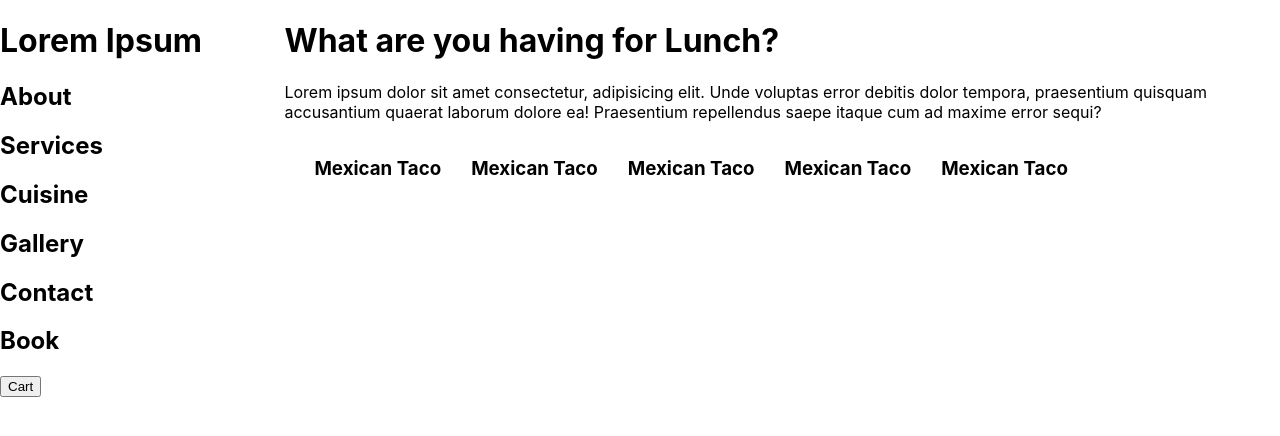
Repository: Marlstergo/assignment2
Page: /
The author's editor kept a copy of each file at every save. The page is drawn from the files as they stood at one save, then again after the next save.
The browser window is 1280 px wide. The pictures show the whole page.
The project was rebuilt for these pictures with package versions that can differ from the ones it lists, and the page was loaded fresh each time.

Above is the page before, as saved 2021-07-27 01:49:25.

After the next save:
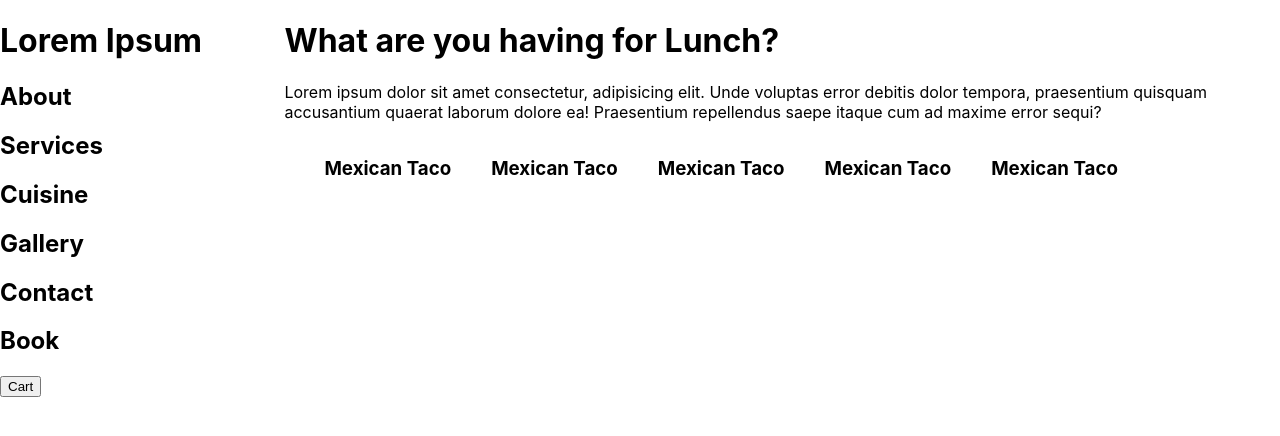
Saved 7 s later.
--- a/src/App.css
+++ b/src/App.css
@@ -59,5 +59,5 @@
 }
 
 .cell{
-  margin-left: 30px;
+  margin-left: 40px;
 }
